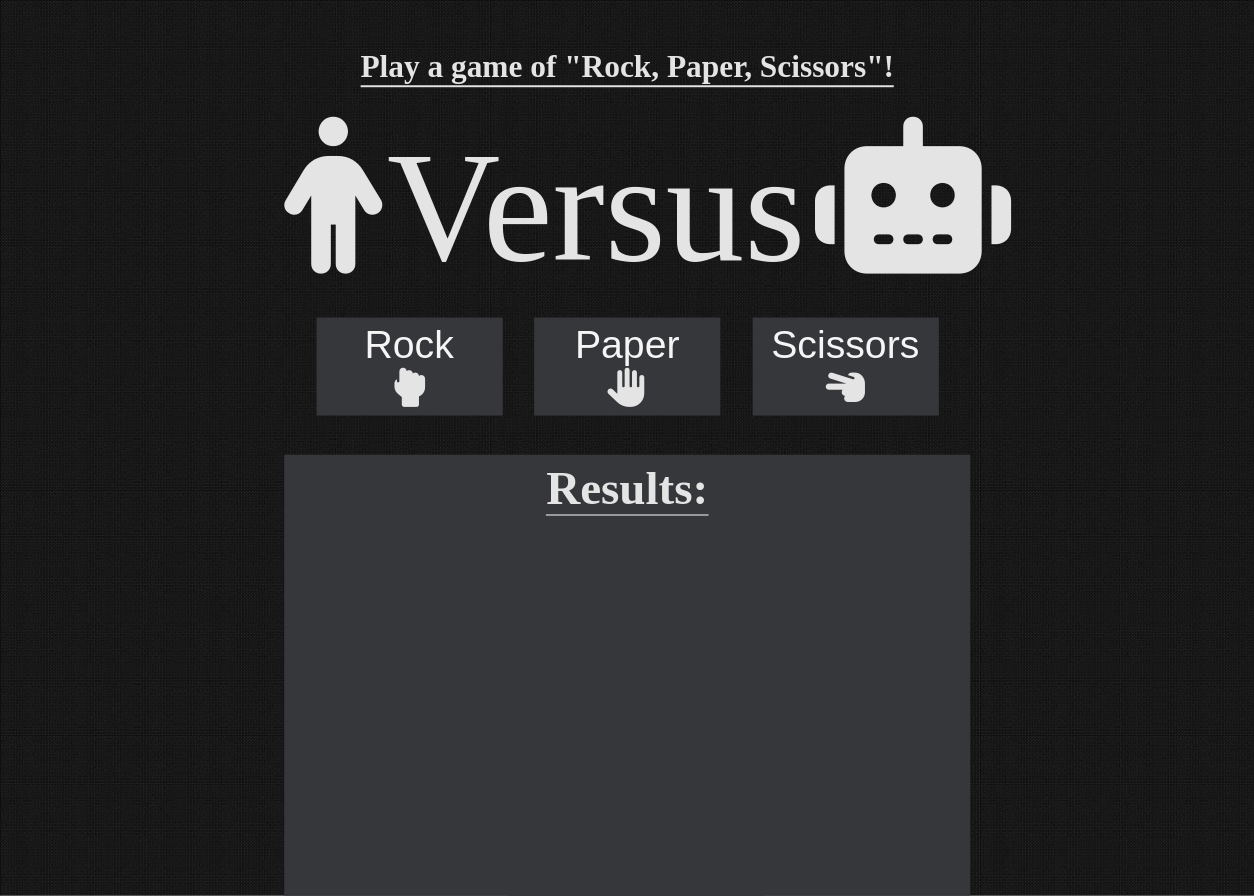
Repository: Pafestivo/rock-paper-scissors
Page: index.html
These files come from the project's save history. The page is drawn as it stood at one moment and after the next save; the edit follows.
The browser window is 1280 px wide. The pictures show the whole page, at 98% of full size.
Some web libraries are served in a nearby version.

Above is the page before, as saved 2022-10-14 15:28:22.

### index.html
<!DOCTYPE html>
<html lang="en">
<head>
  <meta charset="UTF-8">
  <meta name="viewport" content="width=device-width, initial-scale=1.0">
  <link rel="stylesheet" href="styles.css">
  <script src="js-file.js" defer></script>
  <script src="https://kit.fontawesome.com/e2364af56b.js" crossorigin="anonymous"></script>
  <title>Rock, Paper, Scissors</title>
</head>
<body>

  <header>
    <h1>Play a game of "Rock, Paper, Scissors"!</h1>
  </header>
  <div id="versus">
    <i class="fa-solid fa-person"></i>
    <p>Versus</p>
    <i class="fa-solid fa-robot"></i>
  </div>

  <div class="buttons">
    <button id="rock">
      Rock
      <i class="fa-solid fa-hand-back-fist"></i>
    </button>
    <button id="paper">
      Paper
      <i class="fa-solid fa-hand"></i>
    </button>
    <button id="scissors">
      Scissors
      <i class="fa-solid fa-hand-scissors"></i>
    </button>
  </div>


  <div id="results">
    <h1 id="results-header">Results:</h1>
  </div>
</body>
</html>

### styles.css
* {
  margin: 0;
  padding: 0;
  box-sizing: border-box;
}

body {
  font-family: serif;
  background-image: url(images/background.jpg);
  color: rgb(228, 228, 228);
}

header {
  width: max-content;
  margin: 50px auto 30px auto;
  border-bottom: 2px solid rgb(228, 228, 228);
}

#versus {
  display: flex;
  width: 700px;
  font-size: 10rem;
  margin: 0 auto 20px auto;
  justify-content: space-evenly;
  color: rgb(228, 228, 228);
}

.fa-robot {
  margin-left: 10px;
  font-size: 10rem;
}

.fa-person {
  font-size: 10rem;
  margin-right: 5px;
}

.buttons {
  display: flex;
  width: 700px;
  margin: 0 auto;
  justify-content: space-evenly;
}

button {
  width: 190px;
  height: 100px;
  background-color: #35373B;
  border: none;
  font-size: 40px;
  color: whitesmoke;
}

button .fa-solid {
  width: 100%;
  color: rgb(228, 228, 228);
}

button:hover {
  cursor: pointer;
  background-color: #56595f;
}

button:focus {
  background-color: #635656;
}

#results {
  margin: 40px auto 0 auto;
  width: 700px;
  height: 450px;
  padding: 1px;
  background-color: #35373B;
}

#results-header {
  margin: 5px auto 15px auto;
  font-size: 3em;
  width: max-content;
  border-bottom: 1px solid white;
}

.round-result {
  margin: 5px;
  text-align: center;
  padding: 0;
}

### js-file.js
//round logic
function playRound(playerSelection, computerSelection) {
  let log = ""

  if (
    (playerSelection === "Rock" && computerSelection === "Paper") ||
    (playerSelection === "Paper" && computerSelection === "Scissors") ||
    (playerSelection === "Scissors" && computerSelection === "Rock")
    ) {
    log = "You lost this round!"
  }
  else if (
    (playerSelection === "Paper" && computerSelection === "Rock") ||
    (playerSelection === "Rock" && computerSelection === "Scissors") ||
    (playerSelection === "Scissors" && computerSelection === "Paper")
  ) {
    log = "You won this round!"
  }
  else if (
    (playerSelection === "Rock" && computerSelection === "Rock") ||
    (playerSelection === "Paper" && computerSelection === "Paper") ||
    (playerSelection === "Scissors" && computerSelection === "Scissors")
  ) {
    log = "This round is a draw!"
  }
  else { //input doesn't match rock, paper, or scissors.
    log = "ERROR! Please choose a valid value."
  }

  return log;
};

//computer selection
function getComputerChoice() {
  const possibleChoices = ["Rock", "Paper", "Scissors"];
  const randomize = Math.floor(Math.random() * possibleChoices.length);
  return(possibleChoices[randomize]);
};


const results = document.querySelector('#results');


//function for each player selection
function rockRound() {
  let computerSelection = getComputerChoice();
  console.log(computerSelection);

  const para = document.createElement('p');
  para.classList.add('round-result');
  para.textContent = playRound("Rock", computerSelection);
  results.appendChild(para);
};

function paperRound() {
  let computerSelection = getComputerChoice();
  console.log(computerSelection);

  const para = document.createElement('p');
  para.classList.add('round-result');
  para.textContent = playRound("Rock", computerSelection);
  results.appendChild(para);
};

function scissorsRound() {
  let computerSelection = getComputerChoice();
  console.log(computerSelection);

  const para = document.createElement('p');
  para.classList.add('round-result');
  para.textContent = playRound("Rock", computerSelection);
  results.appendChild(para);
};
//end of player selection functions


//adding event listeners to each button
const rock = document.querySelector('#rock');
rock.addEventListener("click", rockRound);

const paper = document.querySelector('#paper');
paper.addEventListener("click", paperRound);

const scissors = document.querySelector('#scissors');
scissors.addEventListener("click", scissorsRound);

After the next save:
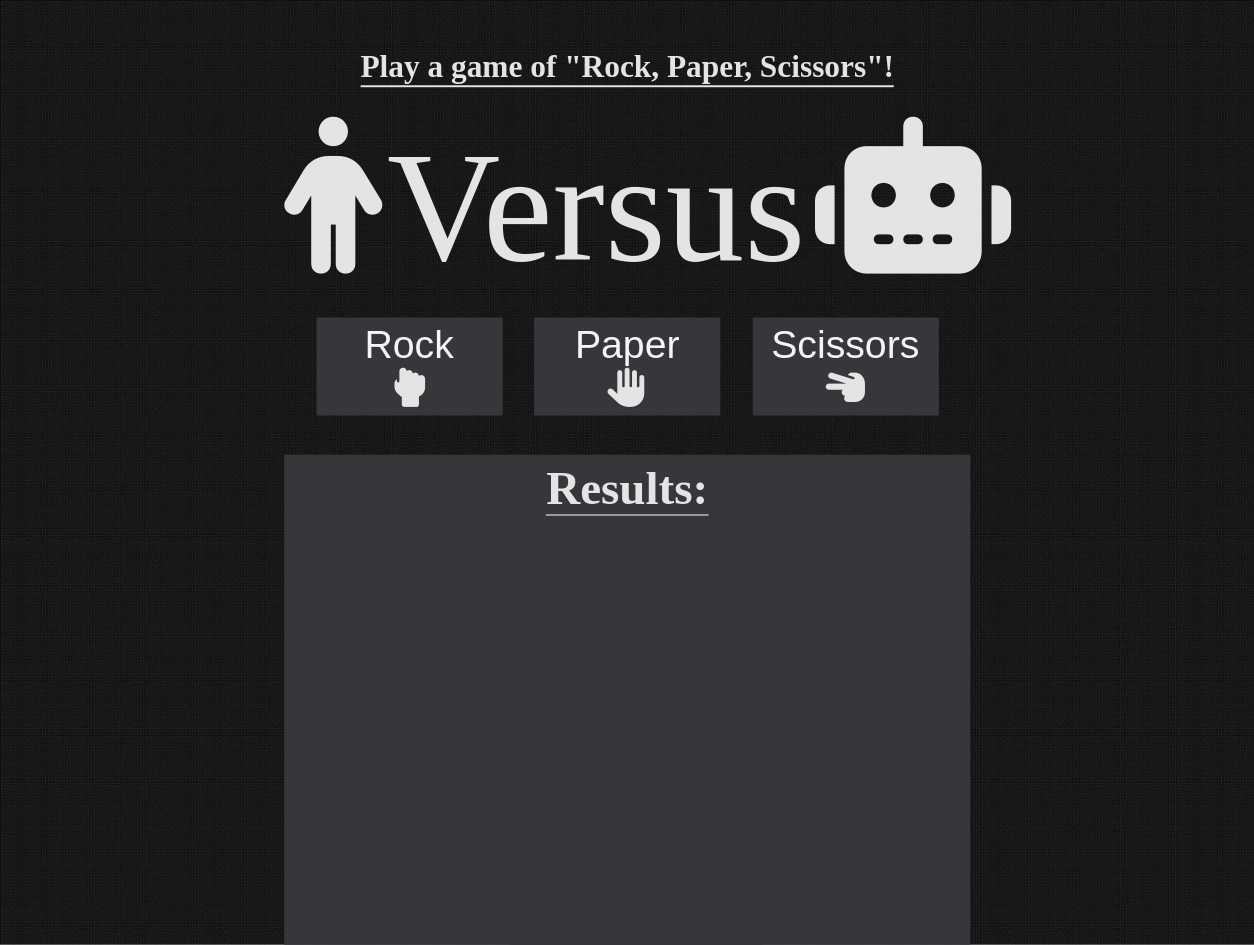
Saved 4 s later.
--- a/styles.css
+++ b/styles.css
@@ -68,7 +68,7 @@ button:focus {
 #results {
   margin: 40px auto 0 auto;
   width: 700px;
-  height: 450px;
+  height: 500px;
   padding: 1px;
   background-color: #35373B;
 }
